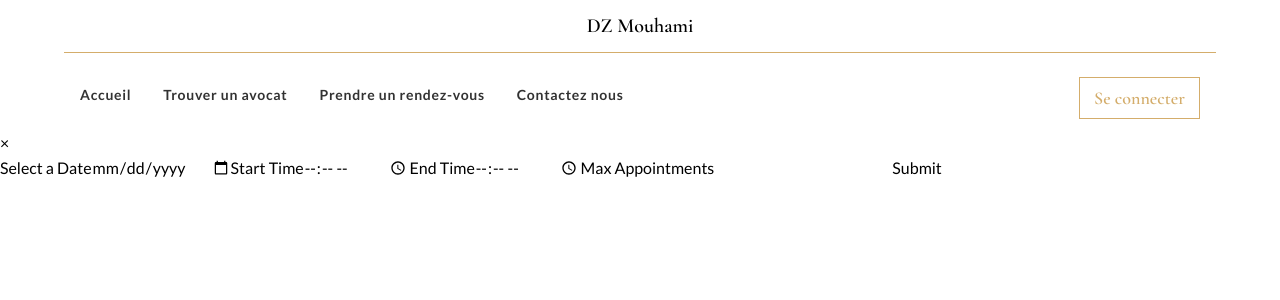
Repository: Chekrouba-Tinhinane/Mohami_dz
Page: /Available (app in client/)
The author's editor kept a copy of each file at every save. The page is drawn from the files as they stood at one save, then again after the next save.
The browser window is 1280 px wide. The pictures show the whole page.
The page's requests for data from a server got no answer. The project was rebuilt for these pictures with package versions that can differ from the ones it lists, and the page was loaded fresh each time. No one was signed in, and anything a server would have sent is missing. Also part of the build but not shown: client/vite.config.js, client/src/components/super/Footer.jsx, client/src/LandingPage.jsx, client/src/SignIn.jsx, client/src/components/Selector.jsx, client/src/components/SearchContainer.jsx, client/src/components/LawyerCard.jsx, client/src/components/SearchBar.jsx and 14 more.

Above is the page before, as saved 2024-01-28 03:45:09.

### client/index.html
<!doctype html>
<html lang="en">
  <head>
    <meta charset="UTF-8" />
    <link rel="icon" type="image/svg+xml" href="/vite.svg" />
    <meta name="viewport" content="width=device-width, initial-scale=1.0" />
    <title>Mouhami DZ</title>
  </head>
  <body>
    <div id="root"></div>
    <script type="module" src="/src/App.jsx"></script>
  </body>
</html>

### client/src/App.jsx
import React, { useState, createContext, useContext, useEffect } from "react";
import { createRoot } from "react-dom/client";
import { BrowserRouter, Routes, Route } from "react-router-dom";
import "./index.css";
import LandingPage from "./LandingPage";
import SignIn from "./SignIn";
import Search from "./Search";
import HomeLayout from "./components/super/HomeLayout";
import Profile from "./components/Profile";
import ResultsPage from "./ResultsPage";
import SignUp from "./components/SignUp";
import maria from "./assets/maria/maria.jpg";
import ClientSignIn from "./ClientSignIn";
import AvailabilityForm from "./AvailabilityForm";
import axios from "axios";
import OwnProfile from "./OwnProfile";

const UserDataContext = createContext();

const App = () => {
  const [lawyers, setLawyers] = useState([]);

  useEffect(() => {
    const fetchLawyers = async () => {
      try {
        const response = await axios.get(
          "http://192.168.137.210:8000/avocat/avocat_list"
        );
        console.log(response.data);
        setLawyers(response.data);
      } catch (error) {
        console.error("Error fetching lawyers:", error);
      }
    };

    fetchLawyers(); // Call fetchLawyers when the component mounts
  }, []); // Empty dependency array ensures fetchLawyers is called only onc

  const [userData, setUserData] = useState(null);

  return (
    <UserDataContext.Provider value={{ userData, setUserData }}>
      <BrowserRouter>
        <Routes>
          <Route path={"/"} element={<LandingPage />} />
          <Route
            path={"/profile/:id"}
            element={
              <HomeLayout pageComponent={<Profile lawyers={lawyers} />} />
            }
          />
          <Route
            path={"/SelfProfile"}
            element={
              <HomeLayout
                pageComponent={
                  <OwnProfile
                    lawyer={{
                      avocat: {
                        siteweb: "google.com",
                        photo: "string",
                        ville: "jijel",
                        verified: false,
                        first_name: "BENBATTOUCHE",
                        region: "jijel",
                        id_speciality: 25,
                        id: 1,
                        codepostal: "18000",
                        last_name: "FOUAD TAREK",
                        password: "password",
                        email: "BENBATTOUCHE1@gmail.com",
                        langue: "arabic",
                        telephone: "1",
                        latitude: 0,
                        longitude: 0,
                      },
                      speciality_name: "Droit de l'immigration",
                    }}
                  />
                }
              />
            }
          />

          <Route path={"/ClientSignin"} element={<ClientSignIn />} />

          <Route
            path={"/Search"}
            element={
              <HomeLayout
                pageComponent={
                  <Search lawyers={lawyers} setLawyers={setLawyers} />
                }
              />
            }
          />
          <Route
            path={"/Available"}
            element={<HomeLayout pageComponent={<AvailabilityForm />} />}
          />
          <Route path={"/Signin"} element={<SignIn />} />
          {/*  <Route
          path={"/Schedule"}
          element={<HomeLayout pageComponent={<Schedule />} />}
        />


        <Route
          path={"/profile/:id"}
          element={<HomeLayout pageComponent={<Profile />} />}
        /> */}
          <Route
            path={"/SignUp"}
            element={<HomeLayout pageComponent={<SignUp />} />}
          />
        </Routes>
      </BrowserRouter>
    </UserDataContext.Provider>
  );
};

export const useUserData = () => useContext(UserDataContext);

export default App;

const root = createRoot(document.getElementById("root"));
root.render(<App />);

### client/src/index.css
@import url("https://fonts.googleapis.com/css2?family=Cormorant+Garamond:wght@300;400;500;600;700&family=Lato:wght@100;300;400;700;900&display=swap");

@tailwind base;
@tailwind components;
@tailwind utilities;

@layer base {
  a {
    @apply cursor-pointer;
  }
  h1 {
    @apply text-[50px] font-bold;
  }
  h2 {
    @apply text-[2.5rem] font-bold;
  }
  p {
  }
  h3 {
  }
  h4 {
    @apply text-[1rem] font-semibold;
  }
  textarea {
  }
  input {
  }
  select {
  }
}

* {
  /*font-family: 'Cormorant Garamond', serif; */
  font-family: "Lato", sans-serif;
  box-sizing: border-box;
  padding: 0;
  margin: 0;
}

.recursive {
  font-family: "Cormorant Garamond", serif;
}

.nav-item::after {
  content: "";
  display: block;
  width: 0;
  height: 2px;
  margin-top: 5px;
  background-color: rgb(212, 173, 107);
  transition: width 0.4s;
}

.nav-item:hover::after {
  width: 100%;
}

### client/src/components/super/HomeLayout.jsx
import React, { useState } from "react";
import NavBar from "./NavBar";

const HomeLayout = ({ pageComponent }) => {
  const navLinks = [
    { label: "Accueil", id: "about", offset: -50 },
    { label: "Trouver un avocat", id: "hero", offset: 0 },
    { label: "Prendre un rendez-vous", id: "appoint", offset: 50 },
    { label: "Contactez nous", id: "footer", offset: -100 }
  ];
  return (
    <div className=" flex flex-col min-h-screen items-center">
      <header className=" p-3 recursive border-b border-b-primary w-[90%] text-center font-semibold text-xl">
        {" "}
        DZ Mouhami{" "}
      </header>
      <NavBar links={navLinks} landing={true} />

      <div className={` w-full  `}>{pageComponent}</div>
    </div>
  );
};

export default HomeLayout;

### client/src/AvailabilityForm.jsx
import React from "react";
import { useFormik } from "formik";
import axios from "axios";

const initialValues = {
  DateInterval: "",
  HeureDebut: "",
  HeureFin: "",
  NbrMaxRdv: "",
  id_avocat: 1
};

const validate = (values) => {
  const errors = {};
  if (!values.DateInterval) {
    errors.DateInterval = "Date is required";
  }
  if (!values.HeureDebut) {
    errors.HeureDebut = "Start time is required";
  }
  if (!values.HeureFin) {
    errors.HeureFin = "End time is required";
  }
  if (!values.NbrMaxRdv) {
    errors.NbrMaxRdv = "Max appointments is required";
  } else if (isNaN(values.NbrMaxRdv)) {
    errors.NbrMaxRdv = "Max appointments must be a number";
  }
  return errors;
};

const AvailabilityForm = ({ handleClose }) => { // Accept handleClose function as prop
  const formik = useFormik({
    initialValues,
    validate,
    onSubmit: async (values) => {
      try {
        const response = await axios.post(
          "http://192.168.137.210:8000/creneau/add_creneau",
          values
        );
        console.log("Response:", response.data);
        // Handle success response
        handleClose(); // Close the modal on successful form submission
      } catch (error) {
        console.error("Error:", error);
        // Handle error response
      }
    },
  });

  return (
    <div className="modal-content">
      <span className="close" onClick={handleClose}>
        &times;
      </span>
      <form onSubmit={formik.handleSubmit}>
        <label htmlFor="DateInterval">Select a Date</label>
        <input
          id="DateInterval"
          name="DateInterval"
          type="date"
          value={formik.values.DateInterval}
          onChange={formik.handleChange}
        />
        {formik.errors.DateInterval && <div>{formik.errors.DateInterval}</div>}

        <label htmlFor="HeureDebut">Start Time</label>
        <input
          id="HeureDebut"
          name="HeureDebut"
          type="time"
          value={formik.values.HeureDebut}
          onChange={formik.handleChange}
        />
        {formik.errors.HeureDebut && <div>{formik.errors.HeureDebut}</div>}

        <label htmlFor="HeureFin">End Time</label>
        <input
          id="HeureFin"
          name="HeureFin"
          type="time"
          value={formik.values.HeureFin}
          onChange={formik.handleChange}
        />
        {formik.errors.HeureFin && <div>{formik.errors.HeureFin}</div>}

        <label htmlFor="NbrMaxRdv">Max Appointments</label>
        <input
          id="NbrMaxRdv"
          name="NbrMaxRdv"
          type="number"
          value={formik.values.NbrMaxRdv}
          onChange={formik.handleChange}
        />
        {formik.errors.NbrMaxRdv && <div>{formik.errors.NbrMaxRdv}</div>}

        <button type="submit">Submit</button>
      </form>
    </div>
  );
};

export default AvailabilityForm;

### client/src/components/super/NavBar.jsx
import { motion } from "framer-motion";
import { Link } from "react-router-dom";
import { Link as ScrollLink } from "react-scroll";

const NavBar = ({ links, landing }) => {
  return (
    <div
      whileHover={{ scale: 1, originX: 0, color: "#D4AD6B" }}
      transition={{ type: "tween", duration: 0.2 }}
      className={`  ${
        landing ? "px-20" : ""
      } flex items-center pt-6 mb-3 w-full justify-between `}
    >
      <motion.ul className="flex gap-[2rem] text-sm">
        {links.map((link, index) => (
          <motion.li
            key={index}
            whileHover={{ scale: 1, originX: 0, color: "#D4AD6B" }}
            transition={{ type: "tween", duration: 0.2 }}
            className="font-semibold opacity-80 tracking-wider cursor-pointer"
          >
            <ScrollLink
              to={link.id}
              spy={true}
              smooth={true}
              offset={link.offset}
              duration={500}
              className="nav-item"
            >
              {link.label}
            </ScrollLink>
          </motion.li>
        ))}
      </motion.ul>
      {landing && (
        <div className="flex gap-[1rem]">
          <Link
            to={"/SignIn"}
            href=""
            className="recursive flex items-center font-semibold text-primary border border-primary bg-white text-center text-lg py-1.5 px-3.5 hover:bg-opacity-70"
          >
            Se connecter
          </Link>
        </div>
      )}
    </div>
  );
};

export default NavBar;

### client/tailwind.config.js
/** @type {import('tailwindcss').Config} */
module.exports = {
  content: ["./src/**/*.{js,jsx,ts,tsx}"],
  theme: {
    extend: {
      colors: {
        lightBrown: "#FAF5EE",
        primary: "#D4AD6B",
        lightTypo: "#563D2B"
      },
    },
  },
  plugins: [],
};

After the next save:
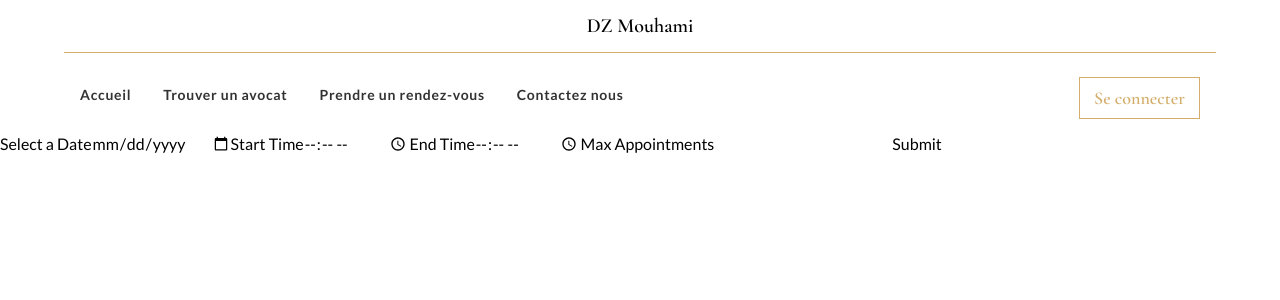
Saved 29 s later.
--- a/client/src/AvailabilityForm.jsx
+++ b/client/src/AvailabilityForm.jsx
@@ -29,7 +29,7 @@ const validate = (values) => {
   return errors;
 };
 
-const AvailabilityForm = ({ handleClose }) => { // Accept handleClose function as prop
+const AvailabilityForm = () => {
   const formik = useFormik({
     initialValues,
     validate,
@@ -41,7 +41,6 @@ const AvailabilityForm = ({ handleClose }) => { // Accept handleClose function a
         );
         console.log("Response:", response.data);
         // Handle success response
-        handleClose(); // Close the modal on successful form submission
       } catch (error) {
         console.error("Error:", error);
         // Handle error response
@@ -50,10 +49,7 @@ const AvailabilityForm = ({ handleClose }) => { // Accept handleClose function a
   });
 
   return (
-    <div className="modal-content">
-      <span className="close" onClick={handleClose}>
-        &times;
-      </span>
+    <div>
       <form onSubmit={formik.handleSubmit}>
         <label htmlFor="DateInterval">Select a Date</label>
         <input
